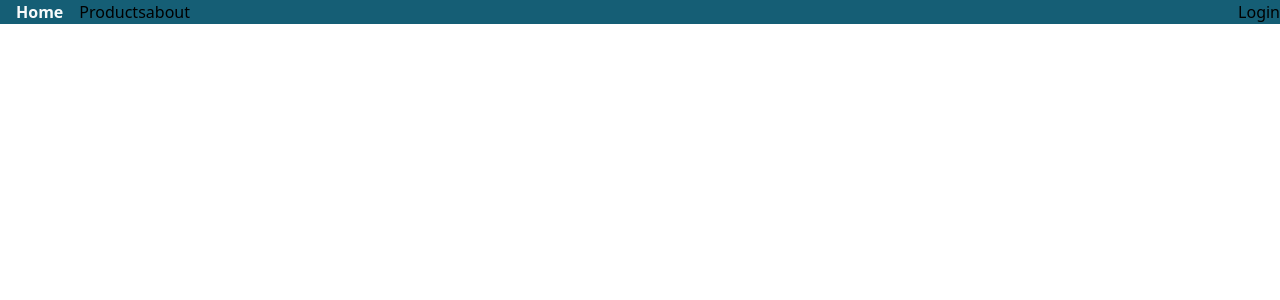
Repository: Sanaa00/svelte-test
Page: /
These files come from the project's save history. The page is drawn as it stood at one moment and after the next save; the edit follows.
The browser window is 1280 px wide. The pictures show the whole page.
The project was rebuilt for these pictures with package versions that can differ from the ones it lists, and the page was loaded fresh each time. The framework's server and built-in components were replaced by stand-ins that run in the browser. Also part of the build but not shown: svelte.config.js, vite.config.js.

Above is the page before, as saved 2024-12-08 19:35:36.

After the next save:
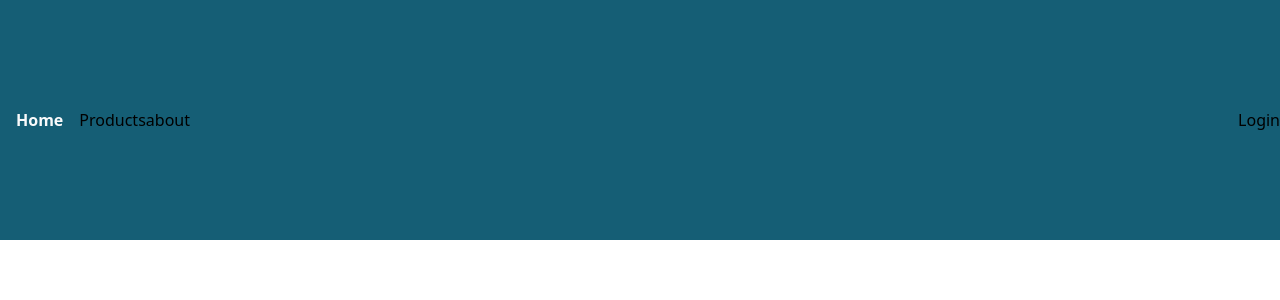
Saved 15 s later.
--- a/src/component/Navbar.svelte
+++ b/src/component/Navbar.svelte
@@ -2,7 +2,7 @@
 </script>
 
 <main class="w-full">
-	<nav class="flex w-full items-center justify-between bg-cyan-800">
+	<nav class="flex h-60 w-full items-center justify-between bg-cyan-800">
 		<ul class="flex">
 			<li class="px-4 font-semibold text-gray-50">Home</li>
 			<li>Products</li>
